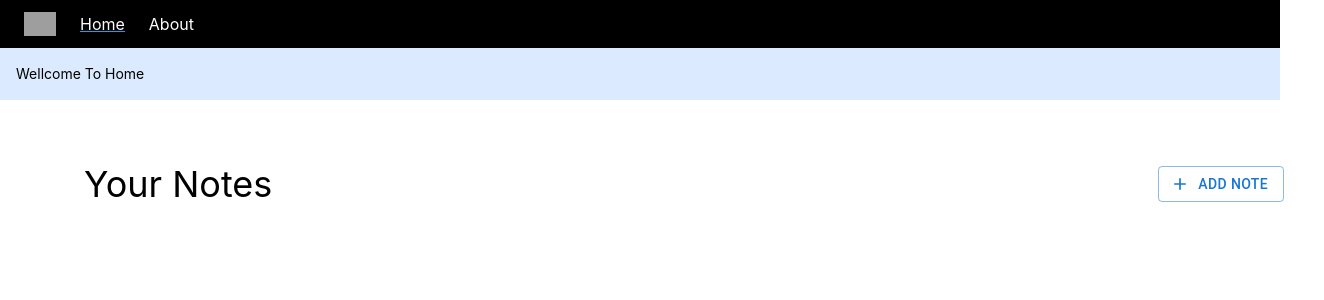
Repository: sonawaneteju4/iNote
Page: /
An editor plug-in stored every save of this project. The page is shown before and after the next save, followed by the edit.
The browser window is 1280 px wide. The page is 1324 px wide, so the pictures cover 1324 px, including what lies to the right of the window. The pictures show the whole page.
Pictures or frames that could not be fetched are drawn as grey boxes. The page's requests for data from a server got no answer. Some web libraries are served in a nearby version. The project was rebuilt for these pictures with package versions that can differ from the ones it lists, and the page was loaded fresh each time. No one was signed in, and anything a server would have sent is missing. Also part of the build but not shown: src/App.css, src/components/NoteModal.js, src/components/NoteCard.js, src/components/About.js.

Above is the page before, as saved 2022-10-12 01:02:07.

After the next save:
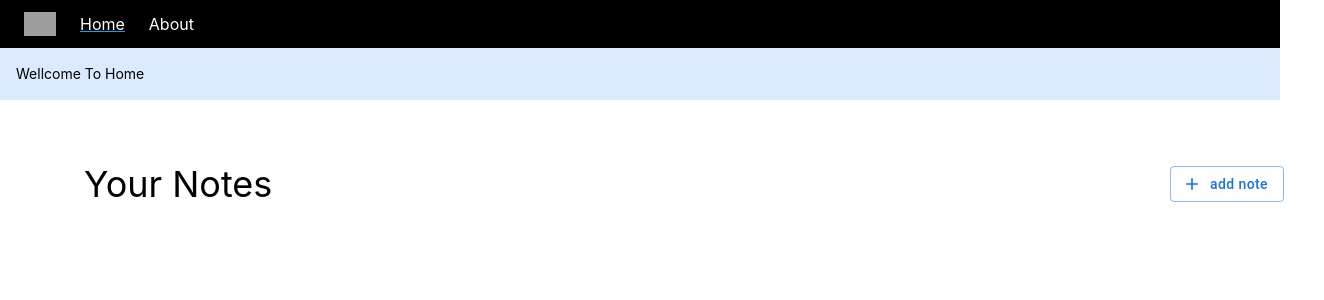
Saved 3 min 16 s later.
--- a/src/components/AllNotes.js
+++ b/src/components/AllNotes.js
@@ -26,7 +26,7 @@
     <div>
       <div className="flex justify-between items-center">
         <h1 className="py-5 text-4xl">Your Notes</h1>
-        <Button variant="outlined" className="border-2" startIcon={<AddIcon />} onClick={() => setShowModal(true)}>
+        <Button variant="outlined" className="border-2" startIcon={<AddIcon />} onClick={() => setShowModal(true)} style={{textTransform: 'lowercase'}} >
           Add Note
         </Button>
         {showModal && <NoteModal closeModal={setShowModal} />}

After the save that followed:
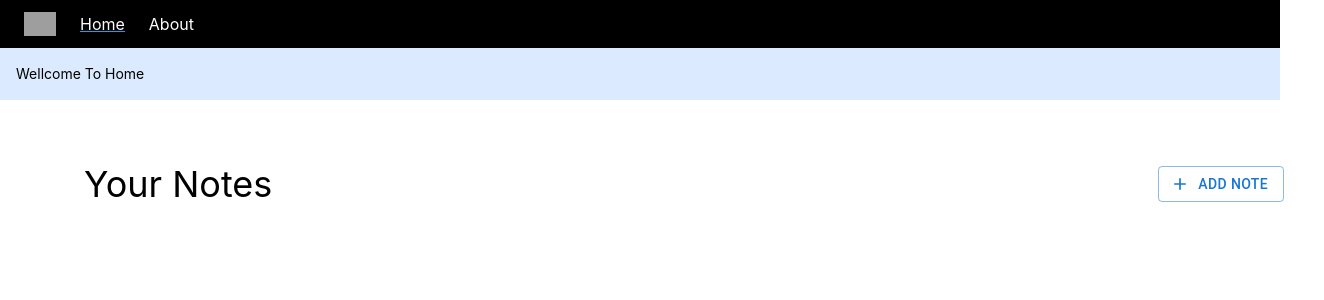
Saved 13 s later.
--- a/src/components/AllNotes.js
+++ b/src/components/AllNotes.js
@@ -26,7 +26,7 @@
     <div>
       <div className="flex justify-between items-center">
         <h1 className="py-5 text-4xl">Your Notes</h1>
-        <Button variant="outlined" className="border-2" startIcon={<AddIcon />} onClick={() => setShowModal(true)} style={{textTransform: 'lowercase'}} >
+        <Button variant="outlined" className="border-2" startIcon={<AddIcon />} onClick={() => setShowModal(true)} >
           Add Note
         </Button>
         {showModal && <NoteModal closeModal={setShowModal} />}
